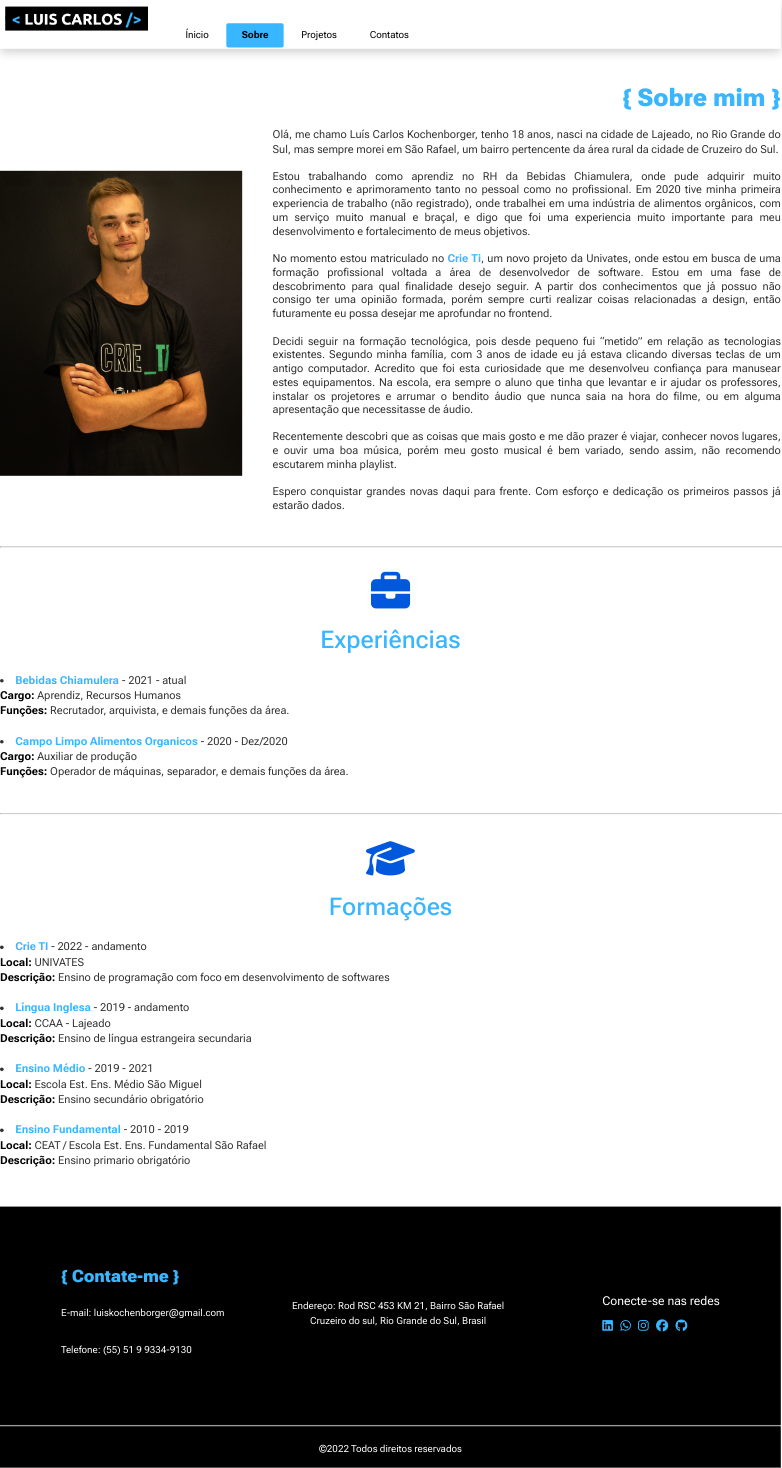
Repository: Iluiscarlos/SitePortifolio
Page: about.html
An editor plug-in stored every save of this project. The page is shown before and after the next save, followed by the edit.
The browser window is 1280 px wide. The page is 1282 px wide, so the pictures cover 1282 px, including what lies to the right of the window. The pictures show the whole page, at 61% of full size.
Some web libraries are served in a nearby version.

Above is the page before, as saved 2022-05-25 16:38:03.

### about.html
<!DOCTYPE html>
<html lang="pt-BR">

<head>
    <meta charset="UTF-8">
    <meta name="viewport" content="width=device-width, initial-scale=1.0">
    <meta http-equiv="X-UA-Compatible" content="ie=edge">
    <title>Luís Carlos</title>
    <link rel="stylesheet" href="Styles/base/reset.css">
    <link rel="stylesheet" href="Styles/base/variables.css">
    <link rel="stylesheet" href="Styles/base/base.css">
    <link rel="stylesheet" href="Styles/layout/header.css">
    <link rel="stylesheet" href="Styles/layout/about.css">
    <link rel="stylesheet" href="Styles/layout/footer.css">
    <link rel="stylesheet" href="Styles/components/icon.css">
    <script src="https://kit.fontawesome.com/2c48374459.js" crossorigin="anonymous"></script>
    <link rel="preconnect" href="https://fonts.googleapis.com">
    <link rel="preconnect" href="https://fonts.gstatic.com" crossorigin>
    <link
        href="https://fonts.googleapis.com/css2?family=Roboto+Flex:opsz,wght@8..144,100;8..144,200;8..144,300;8..144,400;8..144,500;8..144,600;8..144,700;8..144,800;8..144,900&display=swap"
        rel="stylesheet">
</head>

<body>
    <header class="header">
        <img src="icons/logo.png" class="header__logo">
        <nav class="menu__item">
            <a href="index.html" class="menu__item">Ínicio</a>
            <a href="about.html" target="_self" class=" menu__item menu__item--active">Sobre</a>
            <a href="projects.html" class="menu__item">Projetos</a>
            <a href="contacts.html" class="menu__item">Contatos</a>
        </nav>
    </header>
    <section class="about">
        <img src="photos/About.jpg" alt="Luís Carlos, CrieTI" class="about__photo">
        <div>
            <h1 class="about__tittle">{ Sobre mim }</h1>
            <div class="about__content">
                <p>Olá, me chamo Luís Carlos Kochenborger, tenho 18 anos, nasci na cidade de Lajeado, no Rio Grande do
                    Sul, mas sempre morei em São Rafael, um bairro pertencente da área rural da cidade de Cruzeiro do
                    Sul.</p><br>
                <p>Estou trabalhando como aprendiz no RH da Bebidas Chiamulera, onde pude adquirir muito conhecimento e
                    aprimoramento tanto no pessoal como no profissional. Em 2020 tive minha primeira experiencia de
                    trabalho (não registrado), onde trabalhei em uma indústria de alimentos orgânicos, com um serviço
                    muito manual e braçal, e digo que foi uma experiencia muito importante para meu desenvolvimento e
                    fortalecimento de meus objetivos.</p><br>
                <p>No momento estou matriculado no <a href="https://www.univates.br/crieti" target="_blank"><b class="bold__blue">Crie
                            Ti</b></a>, um novo
                    projeto da Univates, onde estou em busca de uma formação profissional voltada a área de
                    desenvolvedor de software. Estou em uma fase de descobrimento para qual finalidade desejo seguir. A
                    partir dos conhecimentos que já possuo não consigo ter uma opinião formada, porém sempre curti
                    realizar coisas relacionadas a design, então futuramente eu possa desejar me aprofundar no frontend.
                </p><br>
                <p>Decidi seguir na formação tecnológica, pois desde pequeno fui “metido” em relação as tecnologias
                    existentes. Segundo minha família, com 3 anos de idade eu já estava clicando diversas teclas de um
                    antigo computador. Acredito que foi esta curiosidade que me desenvolveu confiança para manusear
                    estes equipamentos. Na escola, era sempre o aluno que tinha que levantar e ir ajudar os professores,
                    instalar os projetores e arrumar o bendito áudio que nunca saia na hora do filme, ou em alguma
                    apresentação que necessitasse de áudio.</p><br>
                <p>Recentemente descobri que as coisas que mais gosto e me dão prazer é viajar, conhecer novos lugares,
                    e ouvir uma boa música, porém meu gosto musical é bem variado, sendo assim, não recomendo escutarem
                    minha playlist.</p><br>
                <p>Espero conquistar grandes novas daqui para frente. Com esforço e dedicação os primeiros passos já
                    estarão dados.</p>
            </div>
        </div>
    </section>
    <br>
    <br>
    <br>
    <hr class="divisor">
    <br>
    <br>
    <section class="experience">
        <div class="icon__large">
            <i class="fa-solid fa-briefcase"></i>
        </div>
        <h1 class="subtitle">Experiências</h1>
        <br>
        <br>
        <div class="experience__list">
            <li><b class="bold__blue">Bebidas Chiamulera</b> - 2021 - atual<br>
                <b class="bold__black">Cargo:</b> Aprendiz, Recursos Humanos<br>
                    <b class="bold__black">Funções:</b> Recrutador, arquivista, e demais funções da área.</li>
            <br>
            <li><b class="bold__blue">Campo Limpo Alimentos Organicos</b> - 2020 - Dez/2020<br>
                <b class="bold__black">Cargo:</b> Auxiliar de produção<br>
                <b class="bold__black">Funções:</b> Operador de máquinas, separador, e demais funções da área.</li>
        </div>
        <br>
        <br>
        <br>
        <hr class="divisor">
        <br>
        <br>
            <div class="icon__large">
                <i class="fa-solid fa-graduation-cap"></i>
            </div>
            <h1 class="subtitle">Formações</h1>
            <br>
            <br>
            <div class="experience__edu">
            <li><b class="bold__blue">Crie TI</b> - 2022 - andamento<br>
                <b class="bold__black">Local:</b> UNIVATES<br>
                    <b class="bold__black">Descrição:</b> Ensino de programação com foco em desenvolvimento de softwares</li>
            <br>
            <li><b class="bold__blue">Língua Inglesa</b> - 2019 - andamento<br>
                <b class="bold__black">Local:</b> CCAA - Lajeado<br>
                    <b class="bold__black">Descrição:</b> Ensino de língua estrangeira secundaria</li>
            <br>
            <li><b class="bold__blue">Ensino Médio</b> - 2019 - 2021<br>
                <b class="bold__black">Local:</b> Escola Est. Ens. Médio São Miguel<br>
                    <b class="bold__black">Descrição:</b> Ensino secundário obrigatório</li>
            <br>
            <li><b class="bold__blue">Ensino Fundamental</b> - 2010 - 2019<br>
                <b class="bold__black">Local:</b> CEAT / Escola Est. Ens. Fundamental São Rafael<br>
                    <b class="bold__black">Descrição:</b> Ensino primario obrigatório</li>
            </div>
    </section>
    <br>
    <br>
    <br>
    <br>
    <footer>
        <section class="andress">
            <div class="andress__contacts">
                <h1 class="andress__contacts-tittle">{ Contate-me }</h1>
                <a class="contacts" href="mailto:luiskochenborger@gmail.com">E-mail: luiskochenborger@gmail.com</a>
                <a class="contacts" href="tel:+55051993349130">Telefone: (55) 51 9 9334-9130</a>
            </div>
            <address class="andress__add">
                Endereço: Rod RSC 453 KM 21, Bairro São Rafael<br>
                Cruzeiro do sul, Rio Grande do Sul, Brasil
            </address>
            <div class="andress__rede">
                <h1 id="andress__rede">Conecte-se nas redes</h1>
                <br>
                <a class="icon__small" href="https://www.linkedin.com/in/luis-carlos-kochenborger" target="_blank"><i
                        class="fa-brands fa-linkedin"></i></a>
                <a class="icon__small" href="https://api.whatsapp.com/send?phone=5551993349130&text=Contate-me"
                    target="_blank"><i class="fa-brands fa-whatsapp"></i></a>
                <a class="icon__small" href="https://www.instagram.com/iluis.kochenborger/" target="_blank"><i
                        class="fa-brands fa-instagram"></i></a>
                <a class="icon__small" href="https://www.facebook.com/luiscarlos.kochenborger/" target="_blank"><i
                        class="fa-brands fa-facebook"></i></a>
                <a class="icon__small" href="https://github.com/Iluiscarlos" target="_blank"><i
                        class="fa-brands fa-github"></i></a>
            </div>
        </section>
        <hr>
            <span class="footer__copy">
                &copy;2022 Todos direitos reservados
            </span>
        </footer>
    </body>
    </html>
</body>
</html>

### Styles/base/variables.css
:root{
    --color-red: #F41B3B;
    --color-green: #1EBC99;
    --color-blue: #38b6ff;
    --color-blue1: #0058dd;
    --color-purple:#6b009d;
    --color-yellow: #F9CC0D;
    --color-white: #ffffff;
    --color-black: #000000;
    --color-black1: #333;
    --color-darken-gray: #363536;
    --color-light-gray: #807E81;
    --color-gray: #4f4e50;
    --color-fa: #fafafa;
    --color-ea: #eaeaea;
    --color-cece: #cecece;

--font-family-Roboto:"Roboto Flex", 'Sans serif';
--font-size-default: 16px;
--border-radius-default:3px;

--font-family-primary: var(--font-family-Roboto);
}

### Styles/base/base.css
body {
    font-family: var(--font-family-primary);
    font-size: var(--font-size-default);
    background-color:  var(--color-white);
    color: var(--color-black1);
}


.divisor{
    size: 1;
    width: 100%;
}

.container {
    width: 1100px;
    max-width: 100%;
    margin-left: auto;
    margin-right: auto;
    margin-bottom: 60px;
  }

### Styles/layout/header.css
.header{
    position: fixed;
    height: 80px;
    font-size: 16px;
    background-color: var(--color-white);
    box-shadow: 0 5px 1em #cecece;
    top: 0;
    left: 0;
    right: 0;
}

.header .container{
    display: flex;
    align-items: center;
    height: 100%;
}
.menu__item{
    display: inline-block;
    padding: 0 25px 0;
    text-decoration: none;
    /*border-right: 2px solid var(--color-blue);*/
    color: var(--color-black);
    margin-left: auto;
}

.menu__item--active{
    color: var(--color-black);
    display: inline-block;
    text-align: center;
    font-weight: bold;
    line-height: 40px;
    border-radius: 3px;
    background: var(--color-blue);
}

/*.menu__item:last-child{
    border-right: none;
}*/

.header__logo{
    width: 250px;
}


@media only screen and (max-width: 480px){
    .header{
    display: block;
    position: fixed;
    top: 60px;
    left: 0;
    right: 0;
    bottom: 0;
    background-color: pink;
    transform: translateX(-100%);

}


    .header__menu::-webkit-scrollbar{
        width: 0;
        height: 0;
    }

    .menu__item{
        display: block;
        margin: 20px 0;
    }

}

### Styles/layout/about.css
.about{
    display: flex;
}

.about__photo{
    width: 400px;
    height: 500px;
    padding-top: 280px;
    padding-right: 50px;
    vertical-align: middle;
    object-fit: cover;
}


.about__tittle{
    color: var(--color-blue);
    font-size: 40px;
    font-weight:900;
    padding-top: 140px;
    text-align: end;
}


.about__content{
    font-family: var(--font-family-primary);
    font-size: 18px;
    padding-top: 30px;
    text-align: justify;
    line-height: 1.25;
}


a{
    text-decoration: none;
}

.bold__blue{
    font-weight: bold;
    color: var(--color-blue);
}

.bold__black{
    font-weight: bold;
    color: var(--color-black);
}


.experience{
    display: flex;
    flex-direction: column;
}

.subtitle{
    color: var(--color-blue);
    font-size: 40px;
    font-weight:500;
    padding-top: 25px;
    text-align: center;
    vertical-align:top;
}

.experience__list{
    text-align: justify;
    font-size: 18px;
    font-weight: 400;
    line-height: 25px;
}

.experience__edu{
    text-align: justify;
    font-size: 18px;
    font-weight: 400;
    line-height: 25px;
}

### Styles/layout/footer.css
footer{
display: block;
background-color: var(--color-black);
}

.andress {
    display: flex;
    height: 350px;
    color: var(--color-white);
    align-items: center;
    justify-content: space-between;
    padding-left: 100px;
}


.andress__contacts{
    display: block;
    font-size: var(--font-size-default);
    line-height: 60px;
}

.andress__contacts-tittle{
    color: var(--color-blue);
    font-size: 28px;
    font-weight: 900;

}


.contacts{
    display: block;
    text-decoration: none;
    color: var(--color-white);
}

.andress__rede{
    display: block;
    font-size: 20px;
    padding-left: 150px;
    padding-right: 100px;
}

.andress__add{
    line-height: 25px;
    padding-left: 100px;
    text-align:center;
}


.footer__copy{
    display: flex;
    height: 60px;
    font-size: var(--font-size-default);
    color: var(--color-white);
    text-align: center;
    justify-content:center;
    align-items: center;
}

### Styles/components/icon.css
.icon__large{
    font-size: 4em;
    color: var(--color-blue1);
    text-align: center;
}

.icon__large:last-child{
    text-align: end;
}

.social .icon__large{
    color: var(--color-white);
}

.icon__medium{
    text-decoration: none;
    font-size: 2em;
    color: var(--color-white);
    letter-spacing: 15px;
}

.icon__small{
    text-decoration: none;
    text-align: end;
    font-size: 1em;
    color: var(--color-blue);
    letter-spacing: 7px;
}

.icon__small i:hover{
    transform: translateX(1px) rotate(10deg) translateY(0.3px) scale(1.2);
    transition-duration: 1000ms;
}

.icon__medium i:hover{
    transform: translateX(1px) rotate(10deg) translateY(0.3px) scale(1.2);
    transition-duration: 1000ms;
}

Loaded but not shown: Styles/base/reset.css (common file)

After the next save:
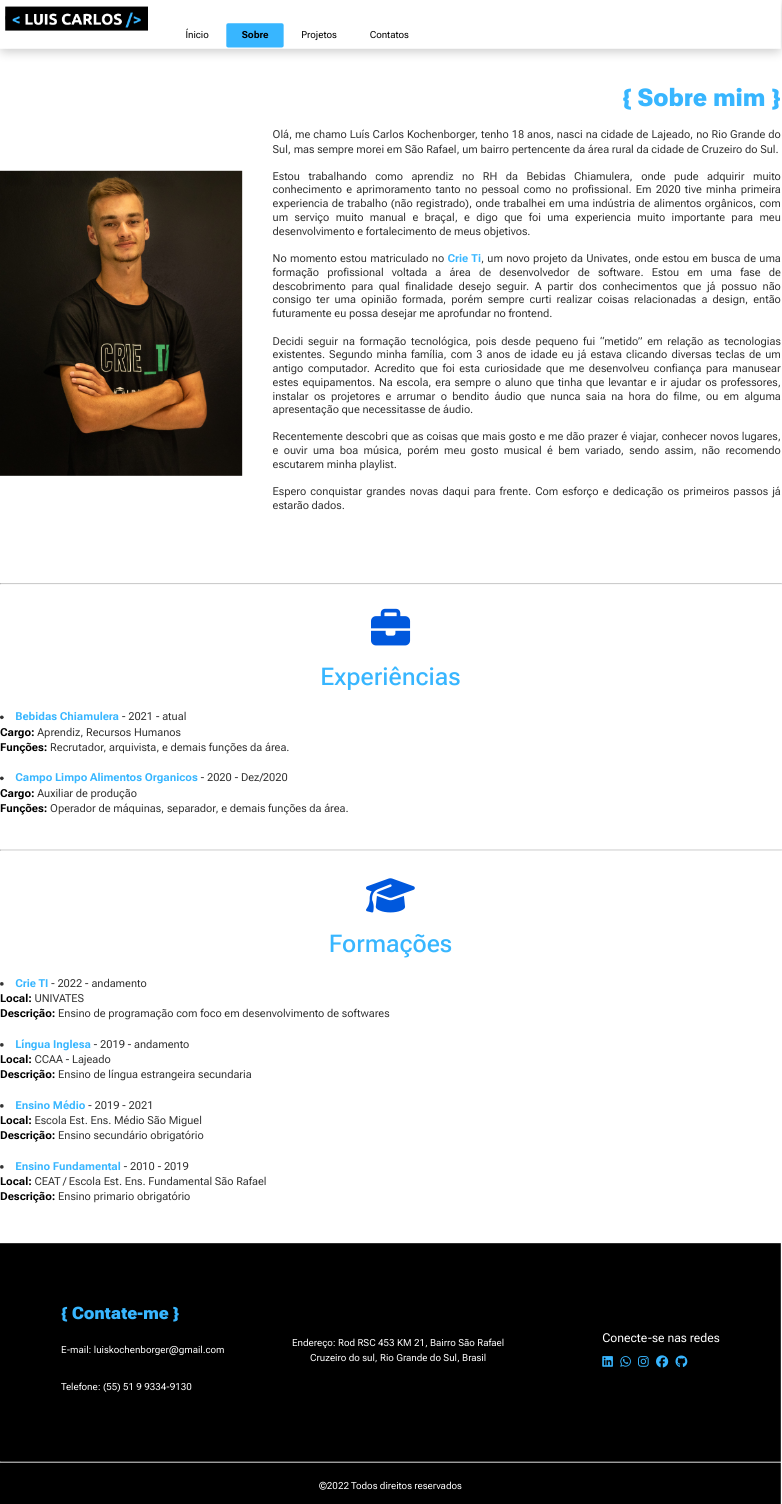
Saved 104 s later.
--- a/about.html
+++ b/about.html
@@ -33,6 +33,7 @@
     </header>
     <section class="about">
         <img src="photos/About.jpg" alt="Luís Carlos, CrieTI" class="about__photo">
+        <main class="container">
         <div>
             <h1 class="about__tittle">{ Sobre mim }</h1>
             <div class="about__content">
@@ -121,6 +122,7 @@
     <br>
     <br>
     <br>
+</main>
     <footer>
         <section class="andress">
             <div class="andress__contacts">
